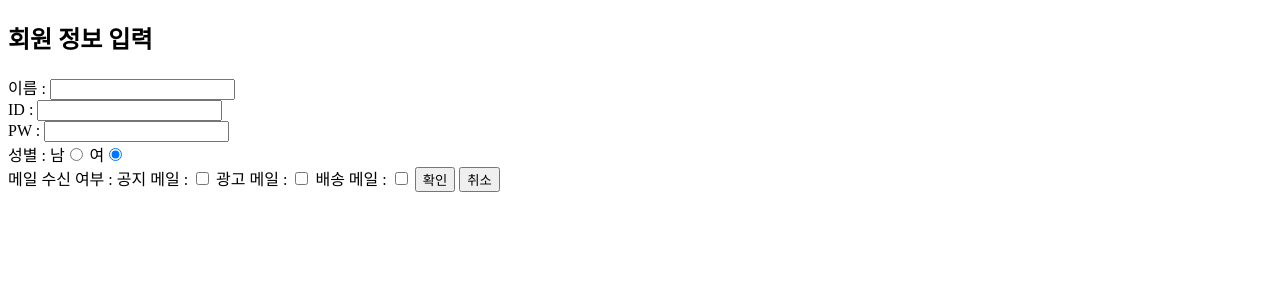
Repository: HongEunbeen/JSP-code
Page: http://localhost/StartJSP/form.jsp
The author's editor kept a copy of each file at every save. The page is drawn from the files as they stood at one save, then again after a run of saves.
The browser window is 1280 px wide. The pictures show the whole page.
The page is served by Tomcat 9. Other server files are loaded and not shown.

Above is the page before, as saved 2019-03-31 23:41:46.

### StartJSP/WebContent/form.jsp
<%@ page language="java" contentType="text/html; charset=UTF-8"
    pageEncoding="UTF-8"%>
<!DOCTYPE html>
<html>
<head>
<meta charset="UTF-8">
<title>Insert title here</title>
</head>
<body>

<h2>회원 정보 입력</h2>

<form action = "proc.jsp" method = "post" >
	이름 : <input type = "text" name = "name"><br>
	ID : <input type = "text" name = "id"><br>
	PW : <input type = "password" name = "pw"><br>
	성별 :
		남<input type = "radio" name = "gen" value = "M">
		여<input type = "radio" name = "gen" value = "F" checked>
	<br>
	메일 수신 여부 :
	공지 메일 : <input type = "checkbox" name = "inotice">
	광고 메일 : <input type = "checkbox" name = "cnotice">
	배송 메일 : <input type = "checkbox" name = "dnotice">
	<input type = "submit" value = "확인">
	<input type = "reset" value = "취소">
</form>

</body>
</html>

After the next 2 saves:
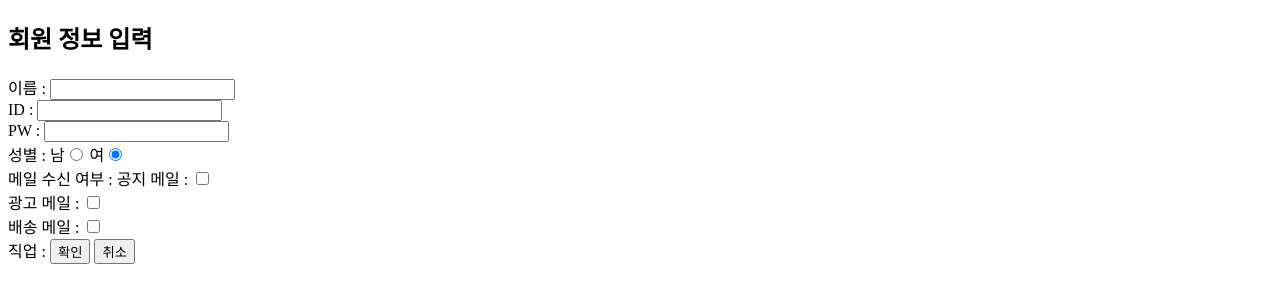
The 2 saves are shown as one change because they came seconds apart.
The last was saved 3 min 21 s later.
--- a/StartJSP/WebContent/form.jsp
+++ b/StartJSP/WebContent/form.jsp
@@ -19,9 +19,13 @@
 		여<input type = "radio" name = "gen" value = "F" checked>
 	<br>
 	메일 수신 여부 :
-	공지 메일 : <input type = "checkbox" name = "inotice">
-	광고 메일 : <input type = "checkbox" name = "cnotice">
-	배송 메일 : <input type = "checkbox" name = "dnotice">
+	공지 메일 : <input type = "checkbox" name = "inotice"><br>
+	광고 메일 : <input type = "checkbox" name = "cnotice"><br>
+	배송 메일 : <input type = "checkbox" name = "dnotice"><br>
+
+	직업 :
+
+
 	<input type = "submit" value = "확인">
 	<input type = "reset" value = "취소">
 </form>
